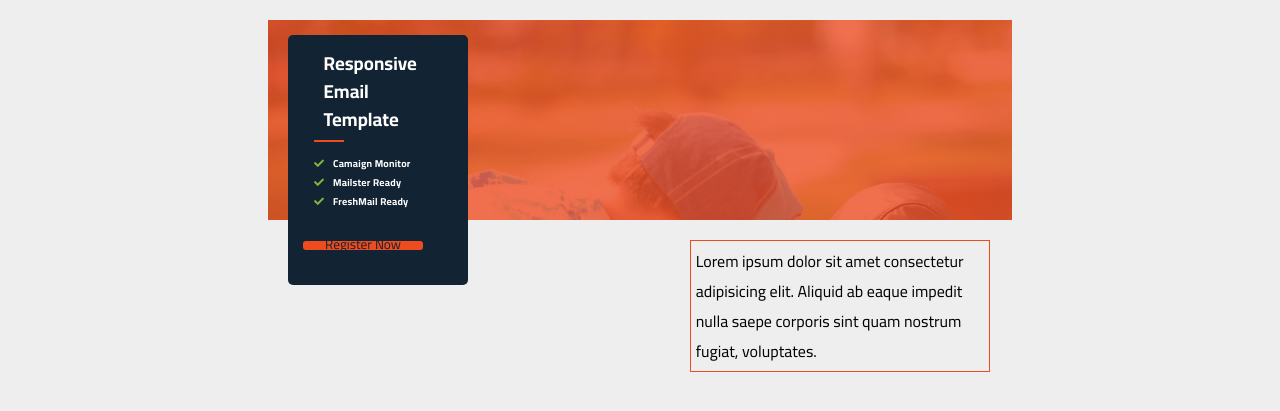
Repository: Z-ayat/Challenges
Page: Challenge 3/index.html
The author's editor kept a copy of each file at every save. The page is drawn from the files as they stood at one save, then again after the next save.
The browser window is 1280 px wide. The pictures show the whole page.

Above is the page before, as saved 2021-09-04 01:27:15.

After the next save:
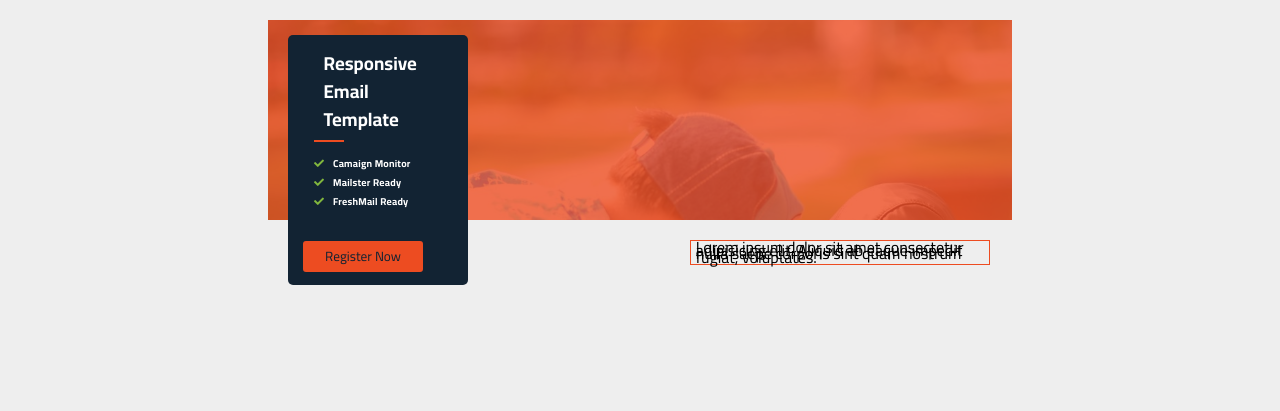
Saved 9 s later.
--- a/Challenge 3/styling/css/master.css
+++ b/Challenge 3/styling/css/master.css
@@ -133,7 +133,6 @@ div {
     margin: 30px 0 20px 0px;
     font-family: var(--mainfont);
     color: var(--maincolor);
-    line-height: 0.2;
     -webkit-border-radius: 3px;
     -moz-border-radius: 3px;
     -ms-border-radius: 3px;
@@ -154,4 +153,5 @@ div {
     top: 10px;
     right: 3%;
     font-family: var(--mainfont);
+    line-height: 0.2;
 }
